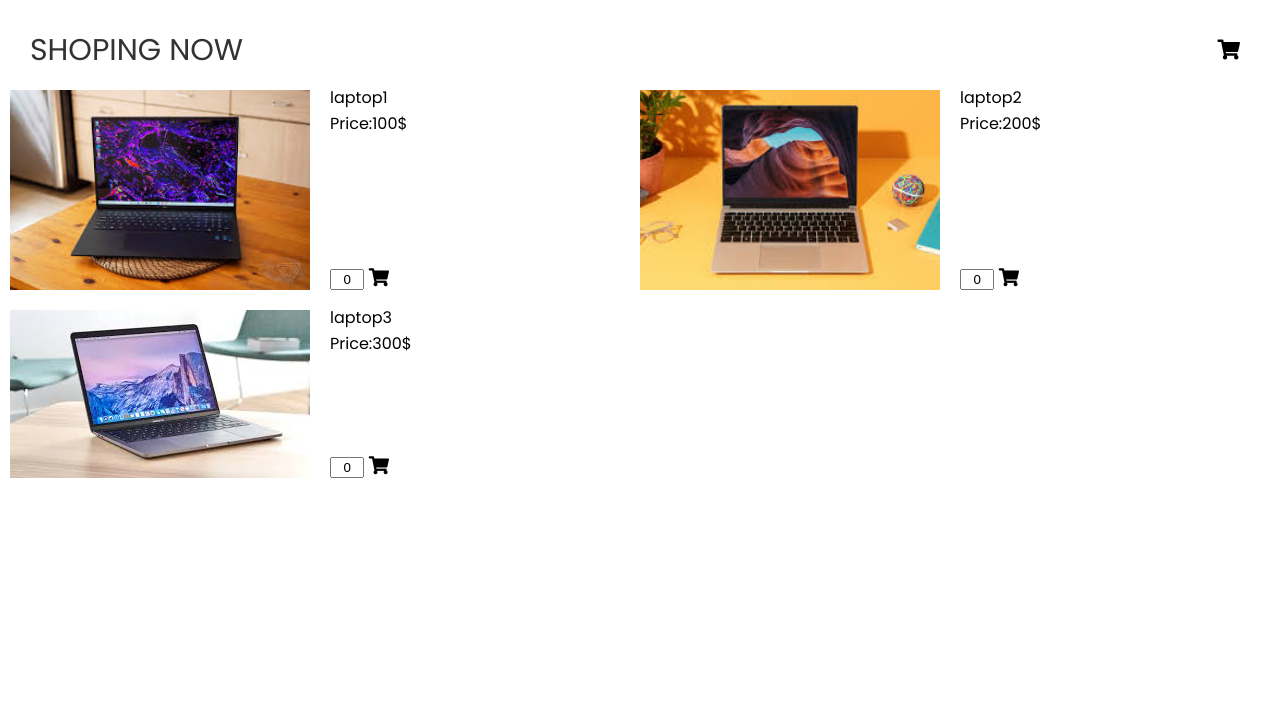
Repository: nttthao9/shopingcart
Page: index.html
An editor plug-in stored every save of this project. The page is shown before and after the next save, followed by the edit.
The browser window is 1280 px wide. The pictures show the whole page.
Some web libraries are served in a nearby version.

Above is the page before, as saved 2021-10-04 14:48:57.

### index.html
<!DOCTYPE html>
<html lang="en">

<head>
  <meta charset="UTF-8">
  <meta http-equiv="X-UA-Compatible" content="IE=edge">
  <meta name="viewport" content="width=device-width, initial-scale=1.0">
  <title>Shoping Cart</title>
  <link rel="preconnect" href="https://fonts.googleapis.com">
  <link rel="preconnect" href="https://fonts.gstatic.com" crossorigin>
  <link href="https://fonts.googleapis.com/css2?family=Poppins:wght@300;400;500;600&display=swap" rel="stylesheet">
  <link rel="stylesheet" href="https://cdnjs.cloudflare.com/ajax/libs/font-awesome/5.1.0-11/css/all.css"
    integrity="sha512-xO/VZFNBvip9IT+BD6Nq/pHdBvKeFcwygKqARlegjQ+5A68KsMSYrPbGP1oYow5ec9Tqq8peJXcn5J1bD4O00w=="
    crossorigin="anonymous" referrerpolicy="no-referrer" />
  <link rel="stylesheet" href="./styles/reset.css">
  <link rel="stylesheet" href="./styles/style.css">
</head>

<body>
  <div class="shoping">
    <div class="shoping-bar">
      <h2 class="shoping-title">Shoping now</h2>
      <div class="shoping-cart">
        <i class="fas fa-shopping-cart"></i>
      </div>
    </div>
    <div class="product-list">
      <!-- <div class="product-item">
        <img src="./images/laptop1.jpg" alt="" class="product-image">
        <div class="product-desc">
          <span class="product-name">Laptop1</span>
          <span>Price:<span class="product-price">100$</span></span>
          <div class="product-buy">
            <input type="number" name="" id="" class="product-count" value="0" min="0">
            <i class="fas fa-shopping-cart cart-icon"></i>
          </div>
        </div>
      </div> -->
    </div>
  </div>
  <script src="./main.js"></script>
</body>

</html>

### styles/style.css
* {
  box-sizing: border-box;
}
html {
  font-size: 62.5%;
}
image {
  display: block;
  max-width: 100%;
}
input::-webkit-outer-spin-button,
input::-webkit-inner-spin-button {
  -webkit-appearance: none;
  margin: 0;
}
input[type='number'] {
  -moz-appearance: textfield;
}
body {
  font-family: 'Poppins', sans-serif;
  line-height: 1;
  font-size: 1.6rem;
}
.shoping {
  padding: 1rem;
}
.shoping-bar {
  display: flex;
  align-items: center;
  justify-content: space-between;
  padding: 2rem;
}
.shoping-title {
  font-size: 3rem;
  color: #333;
  text-transform: uppercase;
}
.shoping-cart {
  font-size: 2rem;
  padding: 1rem;
  cursor: pointer;
}
.product-list {
  display: flex;
  justify-content: space-between;
  flex-wrap: wrap;
}
.product-item {
  width: 50%;
  display: flex;
  margin-bottom: 2rem;
}
.product-name {
  display: block;
  margin-bottom: 1rem;
}
.product-price {
  display: inline-block;
  margin-bottom: 1rem;
}
.product-desc {
  margin-left: 2rem;
  display: flex;
  flex-direction: column;
}
.product-count {
  width: 15%;
  text-align: center;
}
.product-buy {
  margin-top: auto;
}
.cart-icon {
  display: inline-block;
  font-size: 1.8rem;
  cursor: pointer;
  margin-right: 2rem;
}
.product-image {
  width: 30rem;
  overflow: hidden;
  -o-object-fit: cover;
     object-fit: cover;
}

### main.js
const listItem = [
  {
    id: 1,
    name: 'laptop1',
    image: './images/laptop1.jpg',
    price: 100,
  },
  {
    id: 2,
    name: 'laptop2',
    image: './images/laptop2.jpg',
    price: 200,
  },
  {
    id: 3,
    name: 'laptop3',
    image: './images/laptop3.jpg',
    price: 300,
  },
];

const nameProduct = listItem.map((item) => Object.values(item));
console.log(nameProduct);
window.addEventListener('load', function () {
  const productList = document.querySelector('.product-list');
  const productId = listItem.map((item) => item.id);
  console.log(productId);
  const productName = listItem.map((item) => item.name);
  console.log(productName);
  const productPrice = listItem.map((item) => item.price);
  console.log(productPrice);
  function createProductItem(name, productName, productPrice) {
    const template = `<div class="product-item">
    <img src="./images/${name}.jpg" alt="" class="product-image">
    <div class="product-desc">
      <span class="product-name">${productName}</span>
      <span>Price:<span class="product-price">${productPrice}$</span></span>
      <div class="product-buy">
        <input type="number" name="" id="" class="product-count" value="0" min="0">
        <i class="fas fa-shopping-cart cart-icon"></i>
      </div>
    </div>
    </div>`;
    productList.insertAdjacentHTML('beforeend', template);
  }
  for (let i = 0; i < listItem.length; i++) {
    createProductItem(productName[i], productName[i], productPrice[i]);
  }
});

Loaded but not shown: styles/reset.css (common file)

After the next save:
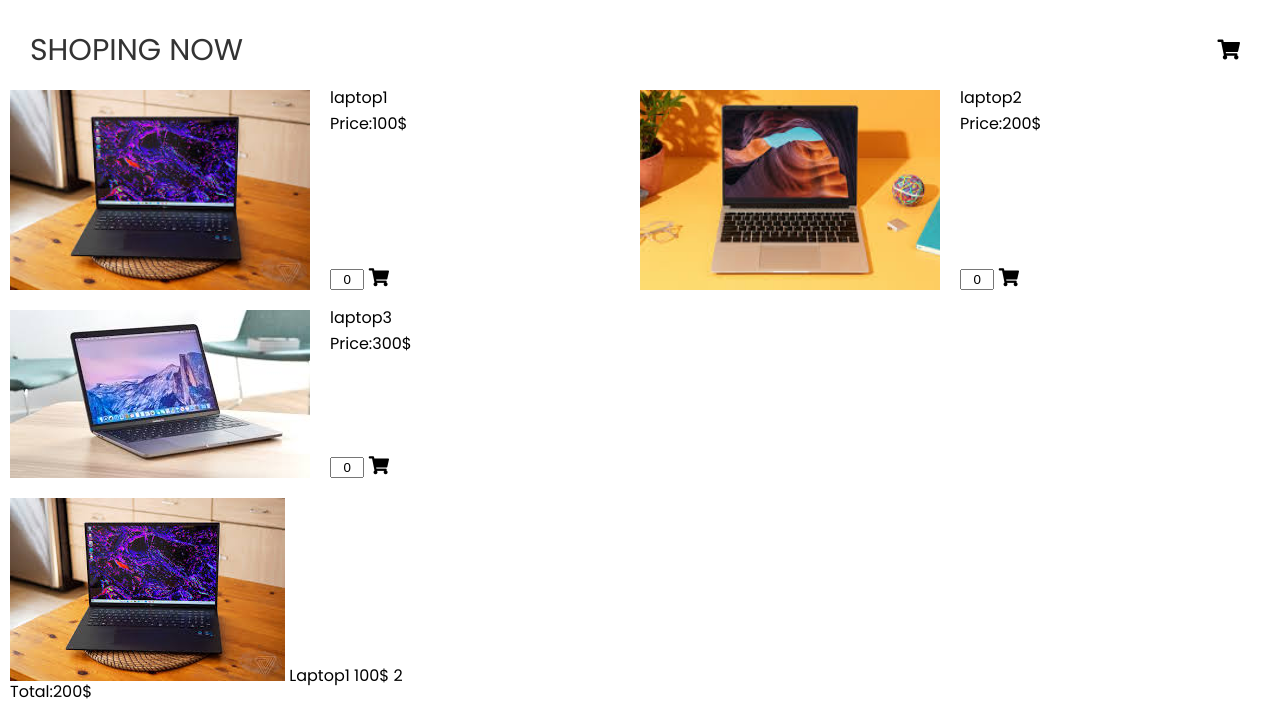
Saved 3 min 30 s later.
--- a/index.html
+++ b/index.html
@@ -37,6 +37,15 @@
         </div>
       </div> -->
     </div>
+    <div class="cart">
+      <div class="cart-item">
+        <img src="./images/laptop1.jpg" alt="">
+        <span>Laptop1</span>
+        <span>100$</span>
+        <span class="count">2</span>
+      </div>
+      <div class="total"><span>Total:</span><span>200$</span></div>
+    </div>
   </div>
   <script src="./main.js"></script>
 </body>
